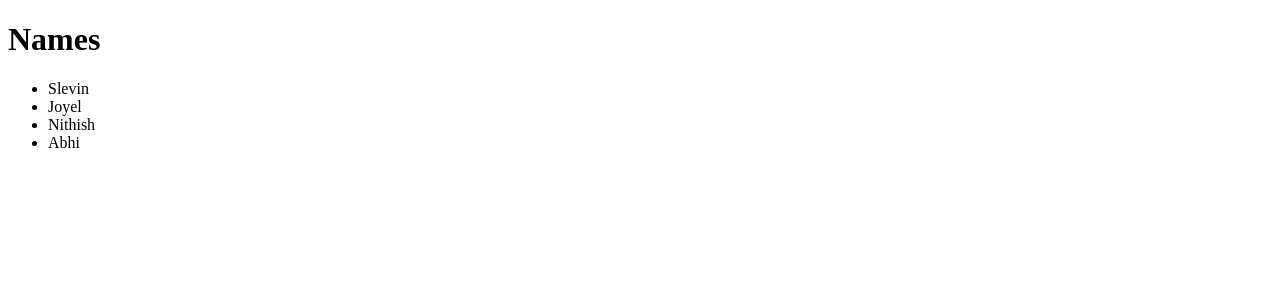
Repository: slevin2002/phpprojectgh
Page: http://localhost/names.php
The author's editor kept a copy of each file at every save. The page is drawn from the files as they stood at one save, then again after a run of saves.
The browser window is 1280 px wide. The pictures show the whole page.
The page is run by PHP 8.4 with error messages shown; the project is at /var/www/html/.

Above is the page before, as saved 2022-12-14 13:03:19.

### names.php
<?php
    $names = ['Slevin', 'Joyel', 'Nithish', 'Abhi'];
?>
<!DOCTYPE html>
<html lang="en">

<body class="">
    <h1>Names</h1>
    <ul class="<?= count($names) > 3 ? 'more-names' : 'some-names' ?>">
        <?php foreach($names as $name) { ?>

          <li><?= $name ?></li>
        <?php } ?>
    </ul>

</body>
</html>

After the next 3 saves:
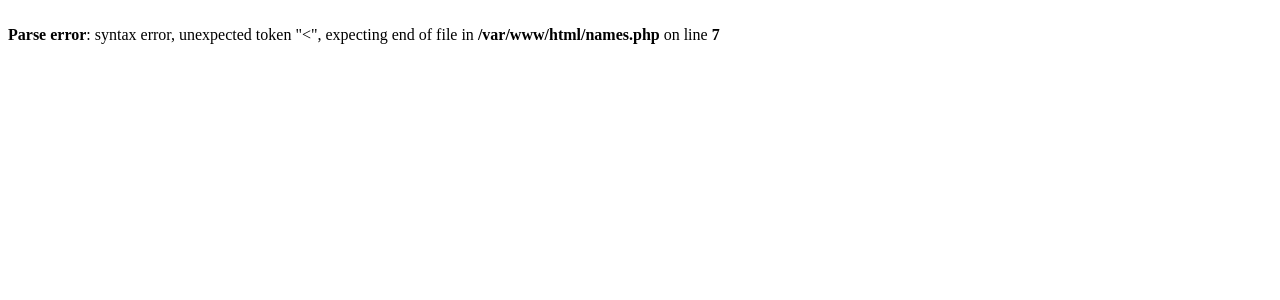
The 3 saves are shown as one change because they came seconds apart.
The last was saved 20 s later.
--- a/names.php
+++ b/names.php
@@ -3,7 +3,7 @@
 ?>
 <!DOCTYPE html>
 <html lang="en">
-
+<ph<?php
 <body class="">
     <h1>Names</h1>
     <ul class="<?= count($names) > 3 ? 'more-names' : 'some-names' ?>">

After the 3 saves that followed:
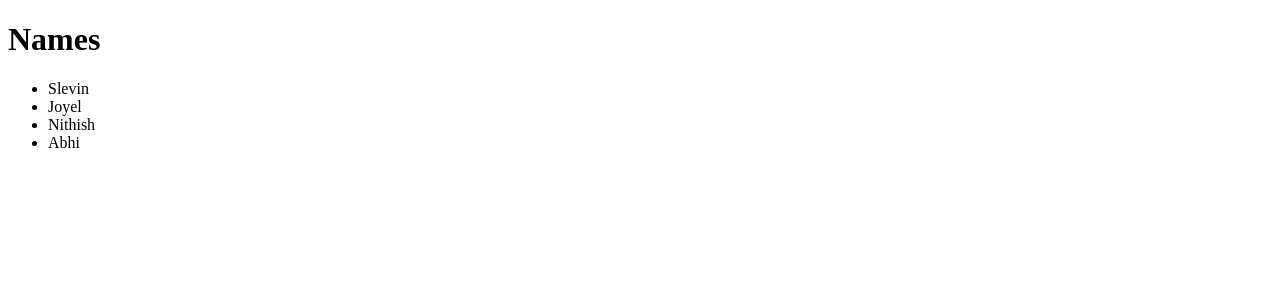
The 3 saves are shown as one change because they came seconds apart.
The last was saved 9 s later.
--- a/names.php
+++ b/names.php
@@ -3,7 +3,9 @@
 ?>
 <!DOCTYPE html>
 <html lang="en">
-<ph<?php
+<?php
+
+?>
 <body class="">
     <h1>Names</h1>
     <ul class="<?= count($names) > 3 ? 'more-names' : 'some-names' ?>">
